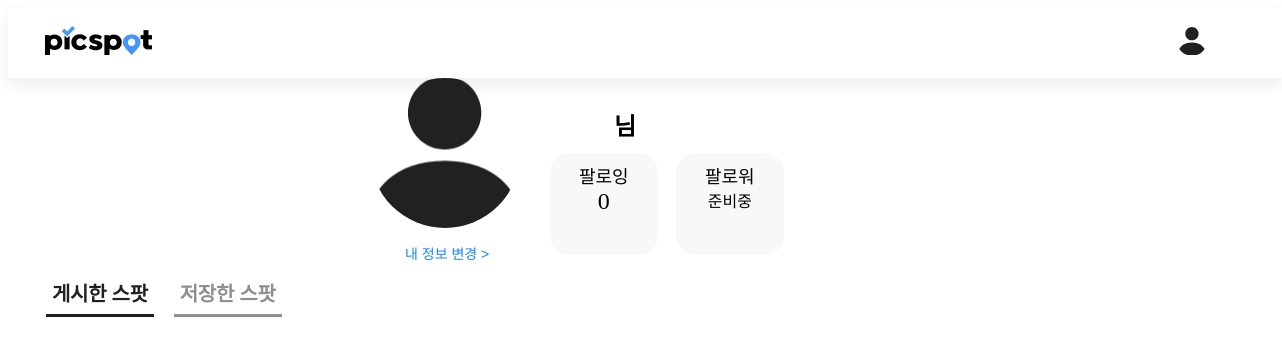
Repository: kimtanook/picspot
Page: /mypage
These files come from the project's save history. The page is drawn as it stood at one moment and after the next save; the edit follows.
The browser window is 1280 px wide. The page is 1282 px wide, so the pictures cover 1282 px, including what lies to the right of the window. The pictures show the whole page.
The page's requests for data from a server got no answer. The project was rebuilt for these pictures with package versions that can differ from the ones it lists, and the page was loaded fresh each time. Some packages were replaced by stand-ins written for this rebuild. The framework's server and built-in components were replaced by stand-ins that run in the browser. No one was signed in, and anything a server would have sent is missing. Also part of the build but not shown: next.config.js, components/main/auth/AuthSocial.tsx, components/main/auth/Auth.tsx, components/main/auth/AuthSignUp.tsx, components/main/auth/AuthForgot.tsx, components/ModalLogin.tsx, components/mypage/Profile/ModalProfile.tsx, components/mypage/MyCollectPost.tsx and 5 more.

Above is the page before, as saved 2023-02-23 11:49:57.

After the next save:
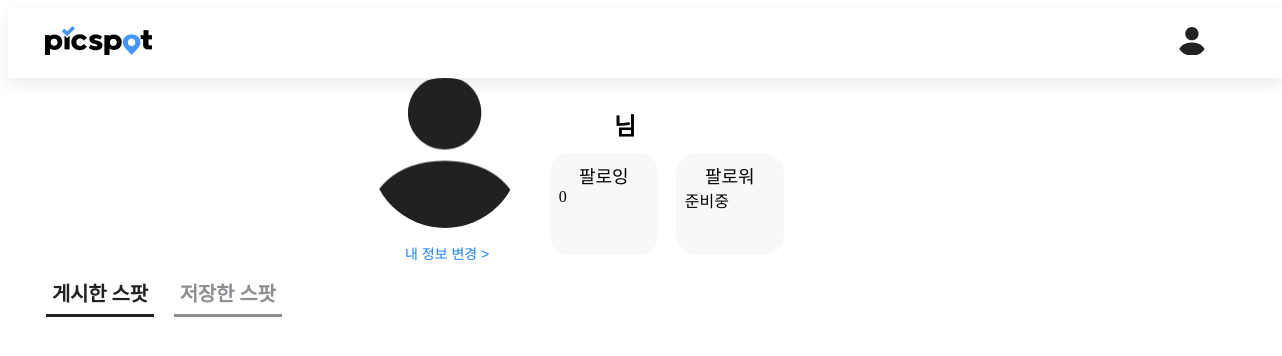
Saved 33 s later.
--- a/components/mypage/Profile/Profile.tsx
+++ b/components/mypage/Profile/Profile.tsx
@@ -236,14 +236,11 @@
   margin-top: 10px;
 `;
 const MyProfileFollowing = styled.div`
-  color: 5B5B5F;
   border-radius: 20px;
   background-color: #f8f8f8;
   padding: 7%;
-  font-size: 18pt;
   width: 90px;
   height: 85px;
-  text-align: center;
 `;
 
 const FollowingText = styled.div`
@@ -259,10 +256,8 @@
   border-radius: 20px;
   background-color: #f8f8f8;
   padding: 7%;
-
   width: 90px;
   height: 85px;
-  text-align: center;
 `;
 const FollowerText = styled.div`
   color: 5B5B5F;
